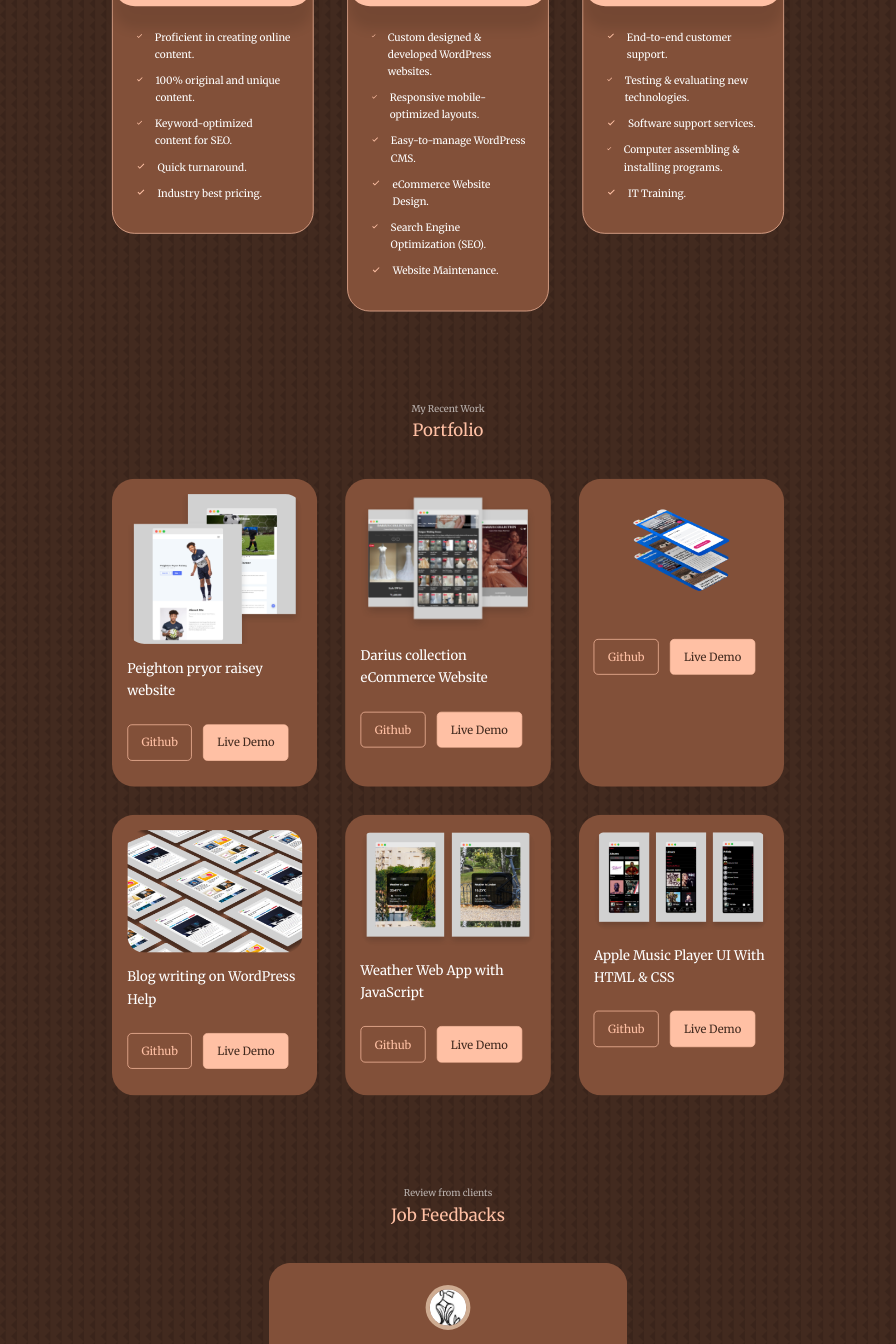
Repository: akinolapo/akinolapo-react
Page: /
These files come from the project's save history. The page is drawn as it stood at one moment and after the next save; the edit follows.
The browser window is 1280 px wide. The pictures show the part of the page from y = 2467 to 4387 px (the page is 6009 px tall), at 70% of full size.
The project was rebuilt for these pictures with package versions that can differ from the ones it lists, and the page was loaded fresh each time.

Above is the page before, as saved 2022-08-17 06:24:39.

### public/index.html
<!DOCTYPE html>
<html lang="en">

<head>
    <meta charset="UTF-8">
    <meta http-equiv="X-UA-Compatible" content="IE=edge">
    <meta name="viewport" content="width=device-width, initial-scale=1.0">
    <meta
      name="description"
      content="I am a Front-end Developer who has worked for several companies. I have developed websites for small businesses, large companies and individuals."
    />
    <meta name="p:domain_verify" content="1e6b47b5f0d710033c44561e0f1e8f04"/>
    <link rel="apple-touch-icon" sizes="180x180" href="%PUBLIC_URL%/assets/apple-touch-icon.png">
    <link rel="icon" type="image/png" sizes="32x32" href="%PUBLIC_URL%/assets/favicon-32x32.png">
    <link rel="icon" type="image/png" sizes="16x16" href="%PUBLIC_URL%/assets/favicon-16x16.png">
    <link rel="manifest" href="%PUBLIC_URL%/assets/site.webmanifest">
    <link rel="mask-icon" href="%PUBLIC_URL%/assets/safari-pinned-tab.svg" color="#5bbad5">
    <meta name="msapplication-TileColor" content="#da532c">
    <meta name="theme-color" content="#ffffff">
    <title>Peace Akinola || Frontend Developer || IT Support Specialist</title>
</head>

<body>
    <div id="root"></div>
</body>

</html>

### src/App.jsx
import React from 'react'
import Header from './components/header/header'
import Nav from './components/nav/nav'
import About from './components/about/about'
import Experience from './components/experience/experience'
import Services from './components/services/services'
import Portfolio from './components/portfolio/portfolio'
import Review from './components/review/review'
import Contact from './components/contact/contact'
import Footer from './components/footer/footer'

const App = () => {
  return (
    <>
    <Header/>
    <Nav/>
    <About/>
    <Experience/>
    <Services/>
    <Portfolio/>
    <Review/>
    <Contact/>
    <Footer/>
    </>
  )
}

export default App

### src/components/header/header.jsx
import React from 'react'
import './header.css'
import CTA from './CTA'
// import ME from '../../assets/me.png'
import HeaderSocials from './headersocials'

const header = () => {
  return (
    <header>
      <div className="container header__container">
        <h5>Hello I'm</h5>
        <h1>Peace Akinola</h1>
        <h5 className="text-light">Frontend Developer</h5>
        <CTA/>
        <HeaderSocials/>

        <div className="me">
          <img src={process.env.PUBLIC_URL+`assets/me.png`} alt='me'></img>
        </div>

        <a href='#contact' className='scroll__down'>Scroll Down</a>
      </div>
    </header>
  )
}

export default header

### src/components/nav/nav.jsx
import React from 'react'
import './nav.css'
import {AiOutlineHome, AiOutlineUser, AiOutlineBook, AiOutlineMessage} from 'react-icons/ai'
import {RiServiceLine} from 'react-icons/ri'
import {BiBriefcase} from 'react-icons/bi'
import { useState } from 'react'

const Nav = () => {
  const [activeNav, setActiveNav] = useState('#')
  return (
    <nav>
      <a href='#' onClick={() => setActiveNav('#')} className={activeNav === '#' ? 'active' : ''}><AiOutlineHome/></a>
      <a href='#about' onClick={() => setActiveNav('#about')}  className={activeNav === '#about' ? 'active' : ''}><AiOutlineUser/></a>
      <a href='#experience' onClick={() => setActiveNav('#experience')}  className={activeNav === '#experience' ? 'active' : ''}><AiOutlineBook/></a>
      <a href='#services' onClick={() => setActiveNav('#services')}  className={activeNav === '#services' ? 'active' : ''}><RiServiceLine/></a>
      <a href='#portfolio' onClick={() => setActiveNav('#portfolio')}  className={activeNav === '#portfolio' ? 'active' : ''}><BiBriefcase/></a>
      <a href='#contact' onClick={() => setActiveNav('#contact')}  className={activeNav === '#contact' ? 'active' : ''}><AiOutlineMessage/></a>
    </nav>
  )
}

export default Nav

### src/components/about/about.jsx
import React from 'react'
import './about.css'
// import ME from '../../../public/assets/me-about.JPG'
import{FaAward} from 'react-icons/fa'
import{FiUsers} from 'react-icons/fi'
import{VscFolderLibrary} from 'react-icons/vsc'

const about = () => {
  return (
    <section id='about'>
      <h5>Get To Know</h5>
      <h2>About Me</h2>

      <div className="container about__container">
        <div className="about__me">
          <div className="about__me-img">
            <img src={process.env.PUBLIC_URL+`assets/me-about.JPG`} alt="Peace Akinola Working" />
          </div>
        </div>
        <div className="about__content">
          <div className="about__cards">
            <article className='about__card'>
              <FaAward className='about__icon'/>
              <h5>Experience</h5>
              <small>4+ Years Working</small>
            </article>

            <article className='about__card'>
              <FiUsers className='about__icon'/>
              <h5>Clients</h5>
              <small>20 + Worldwide</small>
            </article>

            <article className='about__card'>
              <VscFolderLibrary className='about__icon'/>
              <h5>Projects</h5>
              <small>50+ Completed</small>
            </article>
          </div>

          <p>
          Scrupulous web developer with over 4 years of front-end experience and admiration for responsive website design and a firm believer in the mobile-first approach.
          </p>
          <a href='#contact' className='btn btn-primary'>Let's Talk</a>
        </div>
      </div>
    </section>
  )
}

export default about

### src/components/portfolio/portfolio.jsx
import React from 'react'
import './portfolio.css'

// DATA ARRAY FOR PORTFOLIO DATA

const data =[
  {
  id: 1,
  image: process.env.PUBLIC_URL+`assets/portfolio1.png`,
  title: 'Peighton pryor raisey website',
  github: 'https://github.com/akinolapo',
  demo: 'https://p8on.net'
},
{
  id: 2,
  image: process.env.PUBLIC_URL+`assets/portfolio2.png`,
  title: 'Darius collection eCommerce Website',
  github: 'https://github.com/akinolapo',
  demo: 'https://www.dariuscordell.com'
},
{
  id: 3,
  image: process.env.PUBLIC_URL+`assets/portfolio3.png`,
  title: '',
  github: 'https://github.com/akinolapo',
  demo: 'https://sheffieldeyecare.co.uk'
},
{
  id: 4,
  image: process.env.PUBLIC_URL+`assets/portfolio4.png`,
  title: 'Blog writing on WordPress Help',
  github: 'https://github.com/akinolapo',
  demo: 'https://www.bookwebmaster.com'
},
{
  id: 5,
  image: process.env.PUBLIC_URL+`assets/portfolio5.png`,
  title: 'Weather Web App with JavaScript',
  github: 'https://github.com/akinolapo/cityWeatherApp',
  demo: 'https://weatherappforcities.netlify.app'
},
{
  id: 6,
  image: process.env.PUBLIC_URL+`assets/portfolio6.png`,
  title: 'Apple Music Player UI With HTML & CSS',
  github: 'https://github.com/akinolapo/ios-music-player',
  demo: 'https://ios-music-player.netlify.app/'
}
]

const portfolio = () => {
  return (
    <section id='portfolio'>
      <h5>My Recent Work</h5>
      <h2>Portfolio</h2>

      <div className="container portfolio__container">
       {
         data.map(({id, image, title, github, demo})=>{
           return (
            <article key={id} className='portfolio__item'>
            <div className="portfolio__item-image">
              <img src={image} alt={title}></img>
            </div>
            <h3>{title}</h3>
            <div className="portfolio__item-cta">
            <a href={github} rel="noreferrer" target='_blank' className='btn'>Github</a>
            <a href={demo} rel="noreferrer" target='_blank' className='btn btn btn-primary'>Live Demo</a>
            </div>
          </article>
           )
         })
       }
      </div>
    </section>
  )
}

export default portfolio

### src/components/footer/footer.jsx
import React from 'react'
import './footer.css'
import {FaFacebookF} from 'react-icons/fa'
import {FiInstagram} from 'react-icons/fi'
import {IoLogoTwitter} from 'react-icons/io'
import {FaPinterestP} from 'react-icons/fa'

const footer = () => {
  return (
    <footer>
        <a href='#' className='footer__logo'>Akinolapo</a>

        <ul className='permalinks'>
            <li><a href='#'>Home</a></li>
            <li><a href='#about'>About</a></li>
            <li><a href='#experience'>Experience</a></li>
            <li><a href='#services'>Services</a></li>
            <li><a href='#portfolio'>Portfolio</a></li>
            <li><a href='#review'>Reviews</a></li>
            <li><a href='#contact'>Contact</a></li>
        </ul>

        <div className="footer__socials">
        <a href='https://facebook.com/akinolapo.wp' target= "_blank" rel="noreferrer"><FaFacebookF/></a>
        <a href='https://instagram.com/akinolapo' target= "_blank" rel="noreferrer"><FiInstagram/></a>
        <a href='https://twitter.com/poakinola' target= "_blank" rel="noreferrer"><IoLogoTwitter/></a>
        <a href='https://www.pinterest.com/akinolapo' target= "_blank" rel="noreferrer"><FaPinterestP/></a>
        </div>

        <div className="footer__copyright">
            <small>&copy; Akinolapo. All rights reserved.</small>
        </div>
    </footer>
  )
}

export default footer

### src/components/header/header.css
header{
    height: 100vh;
    padding-top: 7rem;
    overflow: hidden;
}

.header__container{
    text-align: center;
    height: 100%;
    position: relative;
}

/*======================== CTA ========================*/
.cta{
    margin-top: 2.5rem;
    display: flex;
    gap: 1.2rem;
    justify-content: center;
}

/*======================== HEADER SOCIALS ========================*/
.header__socials{
    display: flex;
    flex-direction: column;
    align-items: center;
    gap: 0.8rem;
    position: absolute;
    left: 0;
    bottom: 3rem;
}

.header__socials::after{
    content: '';
    width: 1px;
    height: 2rem;
    background: var(--color-primary);
}

/*======================== ME ========================*/
.me{
    background: linear-gradient(var(--color-primary), transparent);
    width: 22rem;
    height: 30rem;
    position: absolute;
    left: calc(50% - 11rem);
    margin-top: 4rem;
    border-radius: 12rem 12rem 0 0;
    overflow: hidden;
    padding: 2rem 1.5rem 1.5rem 1.5rem;
}

/*======================== SCROLL DOWN ========================*/
.scroll__down{
    position: absolute;
    right: 2.3rem;
    bottom: 2.3rem;
    transform: rotate(90deg);
    font-weight: 200;
    font-size: 0.9rem;
}

/*======================== MEDIA QUERIES (TABLET DEVICES) ========================*/
@media screen and (max-width: 1024px) {
    header{
        height: 68vh;
    }
}

/*======================== MEDIA QUERIES (MOBILE DEVICES) ========================*/
@media screen and (max-width: 600px) {
   header{
       height: 100vh;
   }

   .header__socials, .scroll__down{
       display: none;
   }
}

### src/components/header/CTA.jsx
import React from 'react'
// import Resume from '../../assets/cv.pdf'

const CTA = () => {
  return (
    <div className='cta'>
        <a href= {process.env.PUBLIC_URL+`assets/cv.pdf`} download className='btn'>Download CV</a>
        <a href='#contact' className='btn btn-primary'>Let's Talk</a>
    </div>
  )
}

export default CTA

### src/components/header/headersocials.jsx
import React from 'react'
import {BsLinkedin} from 'react-icons/bs'
import {FaGithubAlt} from 'react-icons/fa'
import {FiDribbble} from 'react-icons/fi'

const headersocials = () => {
  return (
    <div className='header__socials'>
      <a href='https://www.linkedin.com/in/akinolapo' target= "new"><BsLinkedin/></a>
      <a href='https://github.com/akinolapo' target= "new"><FaGithubAlt/></a>
      <a href='https://twitter.com/akinolapo_' target= "new"><FiDribbble/></a>
    </div>
  )
}

export default headersocials

### src/components/nav/nav.css
nav{
    background: rgba(0,0,0,0.3);
    width: max-content;
    display: block;
    padding: 0.7rem 1.7rem;
    z-index: 2;
    position: fixed;
    left: 50%;
    transform: translate(-50%);
    bottom: 2rem;
    display: flex;
    gap: 0.8 rem;
    border-radius: 3rem;
    backdrop-filter: blur(15px);
}

nav a{
    background: transparent;
    padding: 0.8rem;
    border-radius: 50%;
    display: flex;
    color: var(--color-light);
    font-size: 1.1rem;
}

nav a:hover{
    background: rgab(0, 0, 0, 0.3);
}

nav a.active{
    background: var(--color-primary);
    color: var(--color-bg);
}

### src/components/about/about.css
.about__container{
    display: grid;
    grid-template-columns: 35% 50%;
    gap: 15%;
}

.about__me{
    width: 100%;
    aspect-ratio: 1/1;
    border-radius: 2rem;
    background: linear-gradient(
        45deg,
        transparent,
        var(--color-primary),
        transparent
    );
    display: grid;
    place-items: center;
}

.about__me-img{
    border-radius: 2rem;
    overflow: hidden;
    transform: rotate(10deg);
    transition: var(--transition);
}

.about__me-img:hover{
    transform: rotate(0);
}

.about__cards{
    display: grid;
    grid-template-columns: repeat(3, 1fr);
    gap: 1.5rem;
}

.about__card{
    background: var(--color-bg-variant);
    border: 1px solid transparent;
    border-radius: 1rem;
    padding: 2rem;
    text-align: center;
    transition: var(--transition);
}

.about__card:hover{
    background: transparent;
    border-color: var(--color-primary-variant);
    cursor: default;
}

.about__icon{
    color: var(--color-primary);
    font-size: 1.4rem;
    margin-bottom: 1rem;
}

.about__card h5{
    font-size: 0.95rem;
}

.about__card small{
    font-size: 0.7rem;
    color: var(--color-light);
}

.about__content p{
    margin: 2rem 0 2.6rem;
    color: var(--color-light);
}

/*======================== MEDIA QUERIES (TABLET DEVICES) ========================*/
@media screen and (max-width: 1024px) {
    .about__container{
        grid-template-columns: 1fr;
        gap: 0;
    }

    .about__me{
        width: 50%;
        margin: 2rem auto 4rem;
    }

    .about__content p{
        margin: 1rem 0 1.5rem;
    }
}

/*======================== MEDIA QUERIES (MOBILE DEVICES) ========================*/
@media screen and (max-width: 600px) {
   .about__me{
       width: 65%;
       margin: 0 auto 3rem;
       margin-top: 2rem;
   }

   .about__cards{
       margin-top: 2rem;
       grid-template-columns: 1fr 1fr;
       gap: 1rem;
   }

   .about__content{
       text-align: center;
   }

   .about__content p{
       margin: 1.5rem 0;
   }
}

### src/components/experience/experience.css
.experience__container{
    display: grid;
    grid-template-columns: 1fr 1fr;
    gap: 2rem;
}

.experience__container > div {
    background: var(--color-bg-variant);
    padding: 2.4rem 5rem;
    border-radius: 2rem;
    border: 1px solid transparent;
    transition: var(--transition);
}

.experience__container > div:hover{
    border-color: var(--color-primary);
    background: transparent;
    color: var(--color-primary-variant);
    cursor: default;
}

.experience__container > div h3{
    text-align: center;
    margin-bottom: 2rem;
    color: var(--color-primary);
}

.experience__content{
    display: grid;
    grid-template-columns: 1fr 1fr;
    row-gap: 2rem;
}

.experience__details{
    display: flex;
    gap: 1rem;
}

.experience__details-icon{
    margin-top: 6px;
    color: var(--color-primary);
}

/*======================== MEDIA QUERIES (TABLET DEVICES) ========================*/
@media screen and (max-width: 1024px) {
    .experience__container{
        grid-template-columns: 1fr;
    }
    .experience__container >div {
        width: 80%;
        padding: 2rem;
        margin: 0 auto;
    }
    .experience__content{
        padding: 1rem;
    }

}

/*======================== MEDIA QUERIES (MOBILE DEVICES) ========================*/
@media screen and (max-width: 600px) {
  .experience__container{
      gap: 1rem;
  }

  .experience__container > div{
      width: 100%;
      padding: 2rem 1rem;
  }
}

### src/components/services/services.css
.services__container{
    display: grid;
    grid-template-columns: repeat(3, 1fr);
    gap: 3rem;
}

.service{
    background: var(--color-bg-variant);
    border-radius: 0 0 2rem 2rem;
    border:  1px solid var(--color-primary);
    height: fit-content;
    transition: var(--transition);
}

.service:hover{
    background: transparent;
    border-color: var(--color-primary-variant);
    cursor: default;
}

.service__head{
    background: var(--color-primary);
    padding: 2rem;
    border-radius: 0 0 2rem 2rem;
    box-shadow: 0 2rem 1rem rgba(0, 0, 0, 0.1);
}

.service__head h3{
    color: var(--color-bg);
    text-align: center;
}

.service__list{
    padding: 2rem;
}

.service__list li{
    display: flex;
    gap: 1rem;
    margin-bottom: 0.8rem;
}

.service__list-icon{
    color: var(--color-primary);
    margin-top: 2px;
}

.service__list p{
    font-size: 0.9rem;
}


/*======================== MEDIA QUERIES (TABLET DEVICES) ========================*/
@media screen and (max-width: 1024px) {
    .services__container{
        grid-template-columns: 1fr 1fr;
        gap: 2rem;
    }

    .service{
        height: auto;
    }
  }


/*======================== MEDIA QUERIES (MOBILE DEVICES) ========================*/
@media screen and (max-width: 600px) {
    .services__container{
        grid-template-columns: 1fr;
        gap: 1.5rem;
    }
  }

### src/components/portfolio/portfolio.css
.portfolio__container{
    display: grid;
    grid-template-columns: repeat(3, 1fr);
    gap: 2.5rem;
}

.portfolio__item{
    background: var(--color-bg-variant);
    padding: 1.3rem;
    border-radius: 2rem;
    border: 1px solid transparent;
    transition: var(--transition);
}

.portfolio__item:hover{
    border-color: var(--color-primary-variant);
    background: transparent;
}

.portfolio__item-image{
    border-radius: 1.5rem;
    overflow: hidden;
}

.portfolio__item h3{
    margin: 1.2rem 0 2rem;
}

.portfolio__item-cta{
    display: flex;
    gap: 1rem;
    margin-bottom: 1rem;
}

/*======================== MEDIA QUERIES (TABLET DEVICES) ========================*/
@media screen and (max-width: 1024px) {
    .portfolio__container{
        grid-template-columns: 1fr 1fr;
        gap: 1.2rem;
    }
  }


/*======================== MEDIA QUERIES (MOBILE DEVICES) ========================*/
@media screen and (max-width: 600px) {
    .portfolio__container{
        grid-template-columns: 1fr;
        gap: 1rem;
    }
  }

### src/components/review/review.css
.container.review__container{
    width: 40%;
    padding-bottom: 4rem;
}

.client__avatar{
    width: 4rem;
    aspect-ratio: 1/1;
    overflow: hidden;
    border-radius: 50%;
    margin: 0 auto 1rem;
    border: 0.4rem solid var(--color-primary-variant);
}

.review{
    background: var(--color-bg-variant);
    text-align: center;
    padding: 2rem;
    border-radius: 2rem;
    user-select: none;
}

.client__review{
    color: var(--color-light);
    font-weight: 300;
    display: block;
    width: 80%;
    margin: 0.8rem auto 0;
}

.swiper-pagination-clickable .swiper-pagination-bullet{
    background: var(--color-primary);
}

/*======================== MEDIA QUERIES (TABLET DEVICES) ========================*/
@media screen and (max-width: 1024px) {
    .container.review__container{
       width: 60%;
   }
}

/*======================== MEDIA QUERIES (MOBILE DEVICES) ========================*/
@media screen and (max-width: 600px) {
    .container.review__container{
        width: var(--container-width-sm);
    }

    .client__review{
        width: var(--container-width-sm);
    }
}

### src/components/contact/contact.css
.container.contact__container{
    width: 58%;
    display: grid;
    grid-template-columns: 30% 50%;
    gap: 12rem;
}

.contact__options{
    display: flex;
    flex-direction: column;
    gap: 1.2rem;
}

.contact__option{
    background: var(--color-bg-variant);
    padding: 1.2rem;
    border-radius: 1.2rem;
    text-align: center;
    border: 1px solid transparent;
    transition: var(--transition);
}

.contact__option:hover {
    background: transparent;
    border-color: var(--color-primary-variant);
}

.contact__option-icon{
    font-size: 1.5rem;
    margin-bottom: 0.5rem;
}

.contact__option a{
    margin-top: .5rem;
    display: inline-block;
}

/*********************** FORM ***********************/
form{
    display: flex;
    flex-direction: column;
    gap: 1.2rem;
}

input, textarea{
    width: 100%;
    padding: 1.5rem;
    border-radius: 0.5rem;
    background: transparent;
    border: 2px solid var(--color-primary-variant);
    resize: none;
    color: var(--color-white);
}

/*======================== MEDIA QUERIES (TABLET DEVICES) ========================*/
@media screen and (max-width: 1024px) {
    .container.contact__container{
        grid-template-columns: 1fr;
        gap: 2rem;
    }
  }


/*======================== MEDIA QUERIES (MOBILE DEVICES) ========================*/
@media screen and (max-width: 600px) {
   .container.contact__container{
       grid-template-columns: 1fr;
       width: var(--container-width-sm);
   }
  }

### src/components/footer/footer.css
footer{
    background: var(--color-primary);
    padding: 3rem 0;
    text-align: center;
    font-size: .9rem;
    margin-top: 7rem;
}

footer a{
    color: var(--color-bg);
}

.footer__logo{
    font-size: 2rem;
    font-weight: 500;
    margin-bottom: 2rem;
    display: inline-block;
}

.permalinks{
    display: flex;
    flex-wrap: wrap;
    justify-content: center;
    gap: 2rem;
    margin: 0 auto 3rem;
    transition: var(--transition);
}

.footer__socials{
    display: flex;
    justify-content: center;
    gap: 1rem;
    margin-bottom: 4rem;
}

.footer__socials a{
    background: var(--color-bg);
    color: var(--color-white);
    padding: 0.8rem;
    border-radius: 0.7rem;
    display: flex;
    border: 1px solid transparent;
    transition: var(--transition);
}

.footer__socials a:hover{
    background: transparent;
    color: var(--color-bg);
    border-color: var(--color-bg);
}

.footer__copyright{
    margin-bottom: 4rem;
    color: var(--color-bg);
}

/*======================== MEDIA QUERIES (MOBILE DEVICES) ========================*/
@media screen and (max-width: 600px) {
    .permalinks{
        flex-direction: column;
        gap: 1.5rem;
    }

    .footer__socials{
        margin-bottom: 2.6rem;
    }
   }

Loaded but not shown: src/index.js (5 lines, source omitted); src/components/experience/experience.jsx (122 lines, source omitted); src/components/services/services.jsx (110 lines, source omitted); src/components/review/review.jsx (70 lines, source omitted); src/index.css (138 lines, source omitted); src/components/contact/contact.jsx (59 lines, source omitted)

After the next save:
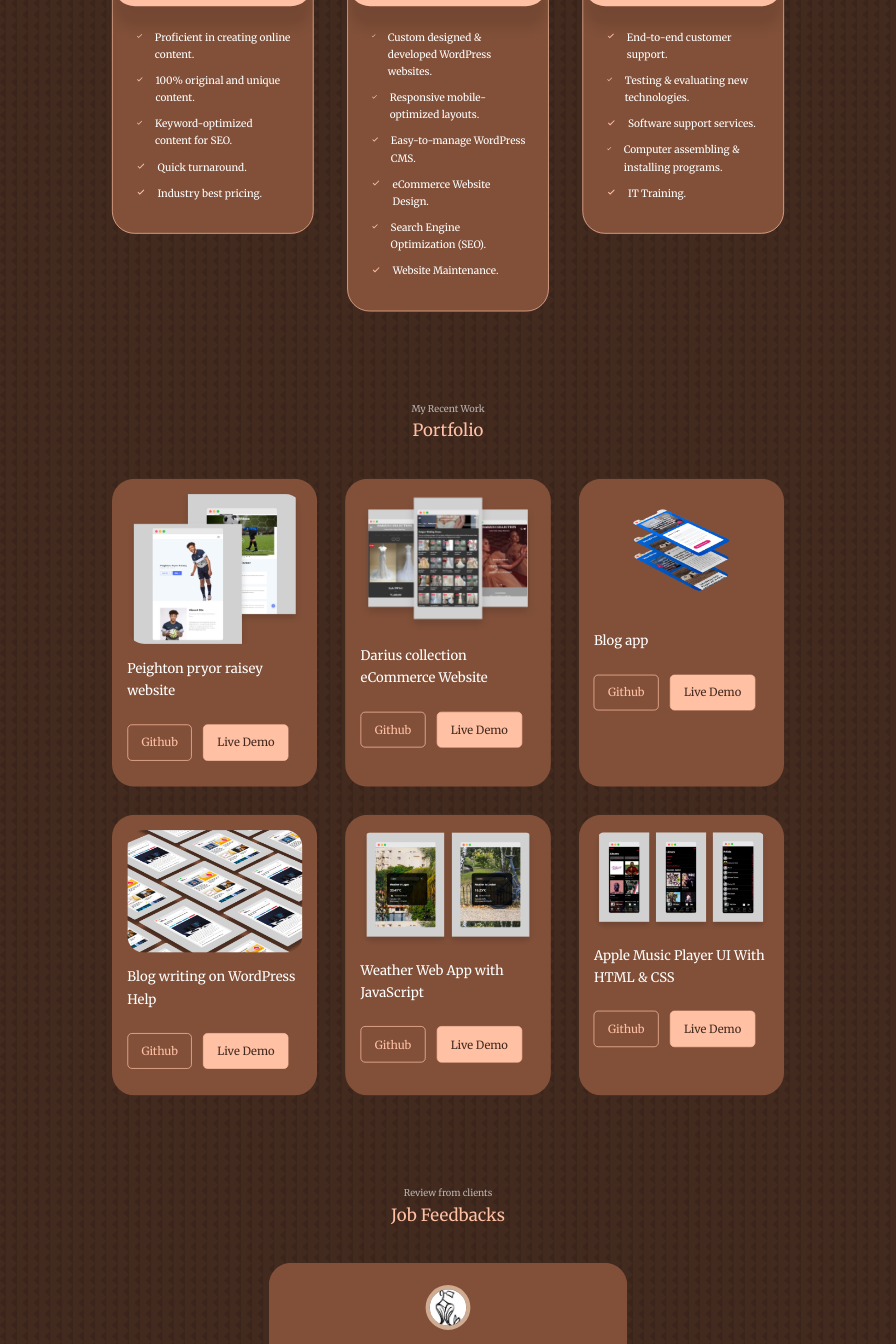
Saved 76 s later.
--- a/src/components/portfolio/portfolio.jsx
+++ b/src/components/portfolio/portfolio.jsx
@@ -21,7 +21,7 @@ const data =[
 {
   id: 3,
   image: process.env.PUBLIC_URL+`assets/portfolio3.png`,
-  title: '',
+  title: 'Blog app',
   github: 'https://github.com/akinolapo',
   demo: 'https://sheffieldeyecare.co.uk'
 },
